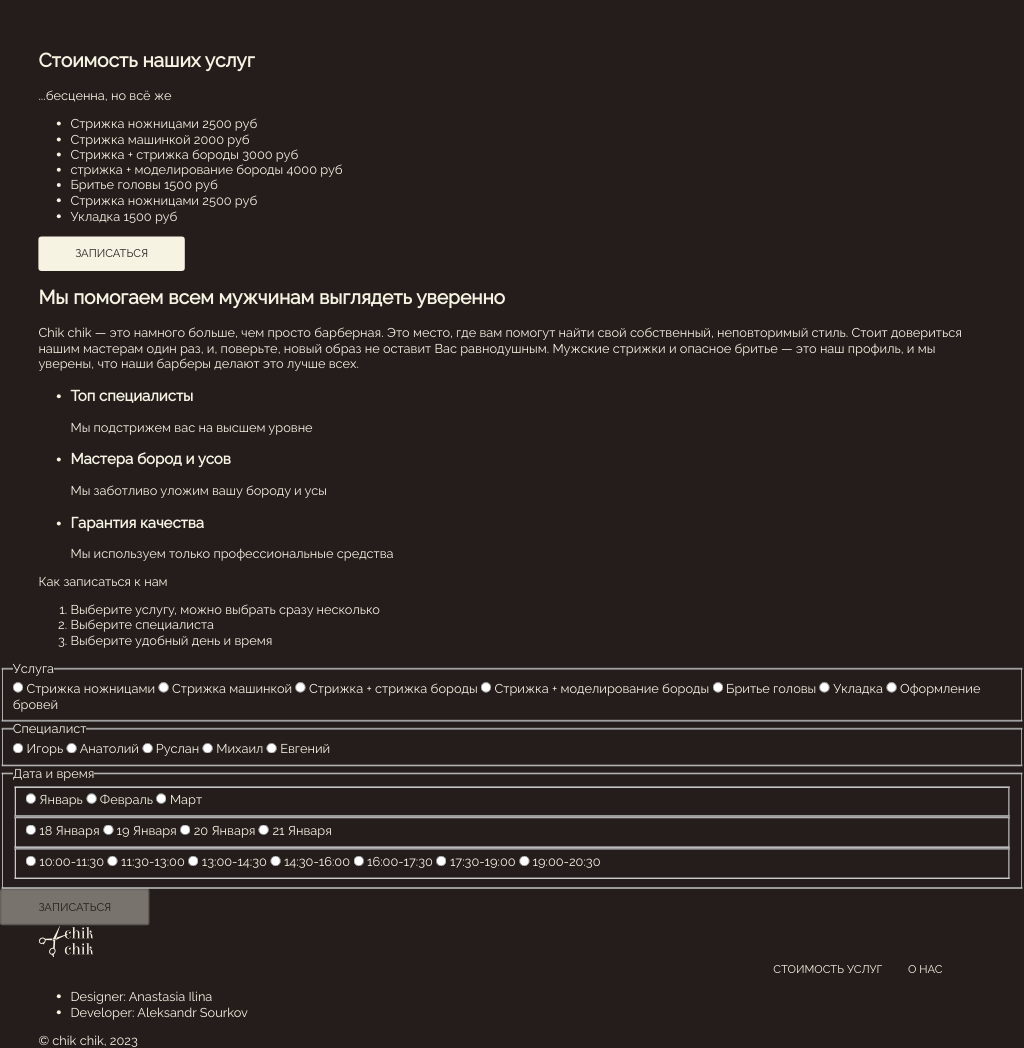
Repository: alexboagreek/chick-chick
Page: index.html
These files come from the project's save history. The page is drawn as it stood at one moment and after a run of saves; the edit follows.
The browser window is 1280 px wide. The pictures show the part of the page from y = 646 to 2080 px (the page is 1956 px tall before and 2080 px after), at 80% of full size.
A picture or video elsewhere on the page could not be fetched, so the positions and the page height are approximate.

Above is the page before, as saved 2023-01-18 17:19:46.

After the next 2 saves:
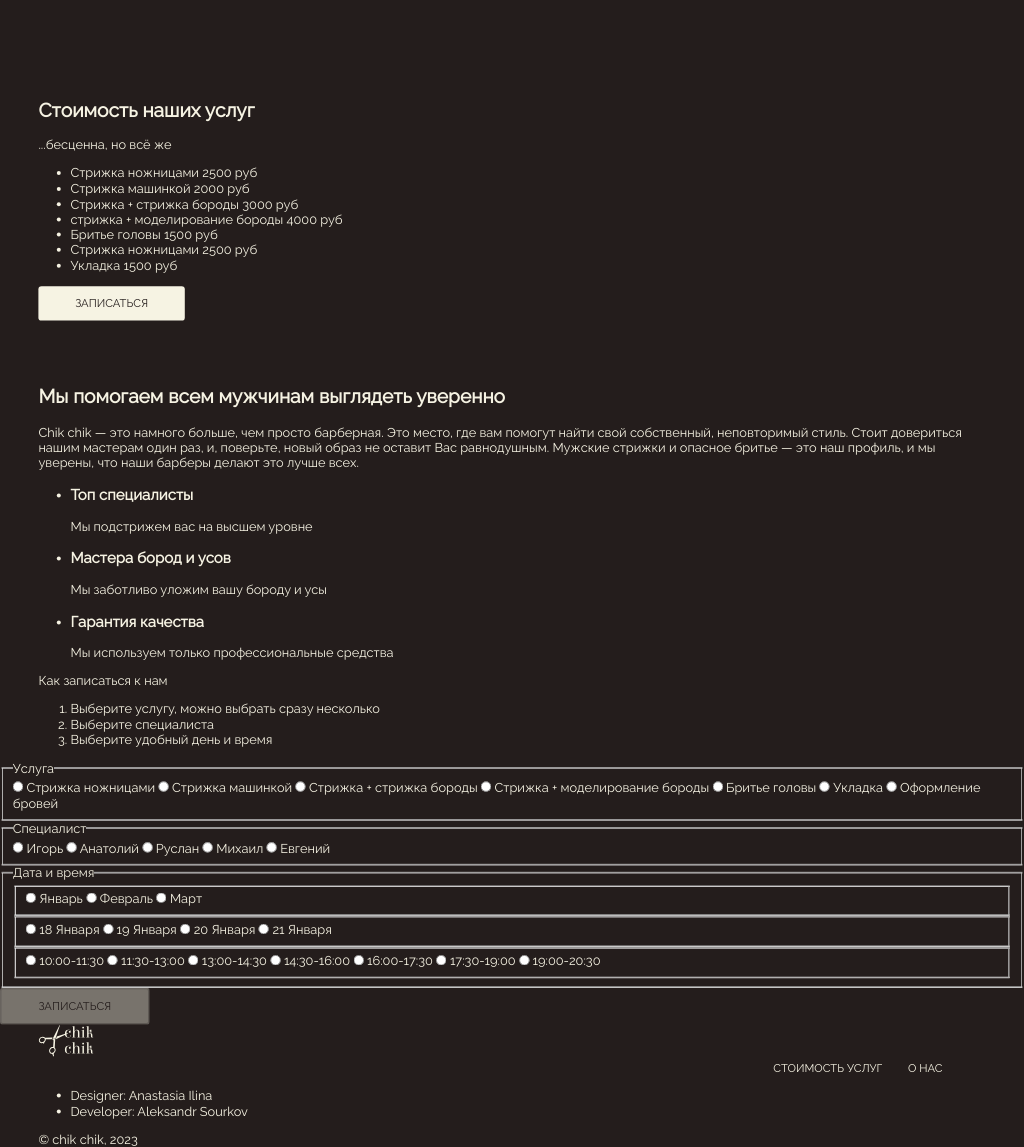
The 2 saves are shown as one change because they came seconds apart.
The last was saved 22 s later.
--- a/styles/price.css
+++ b/styles/price.css
@@ -1,3 +1,3 @@
 .price {
-
+    padding: 62px 0;
 }
